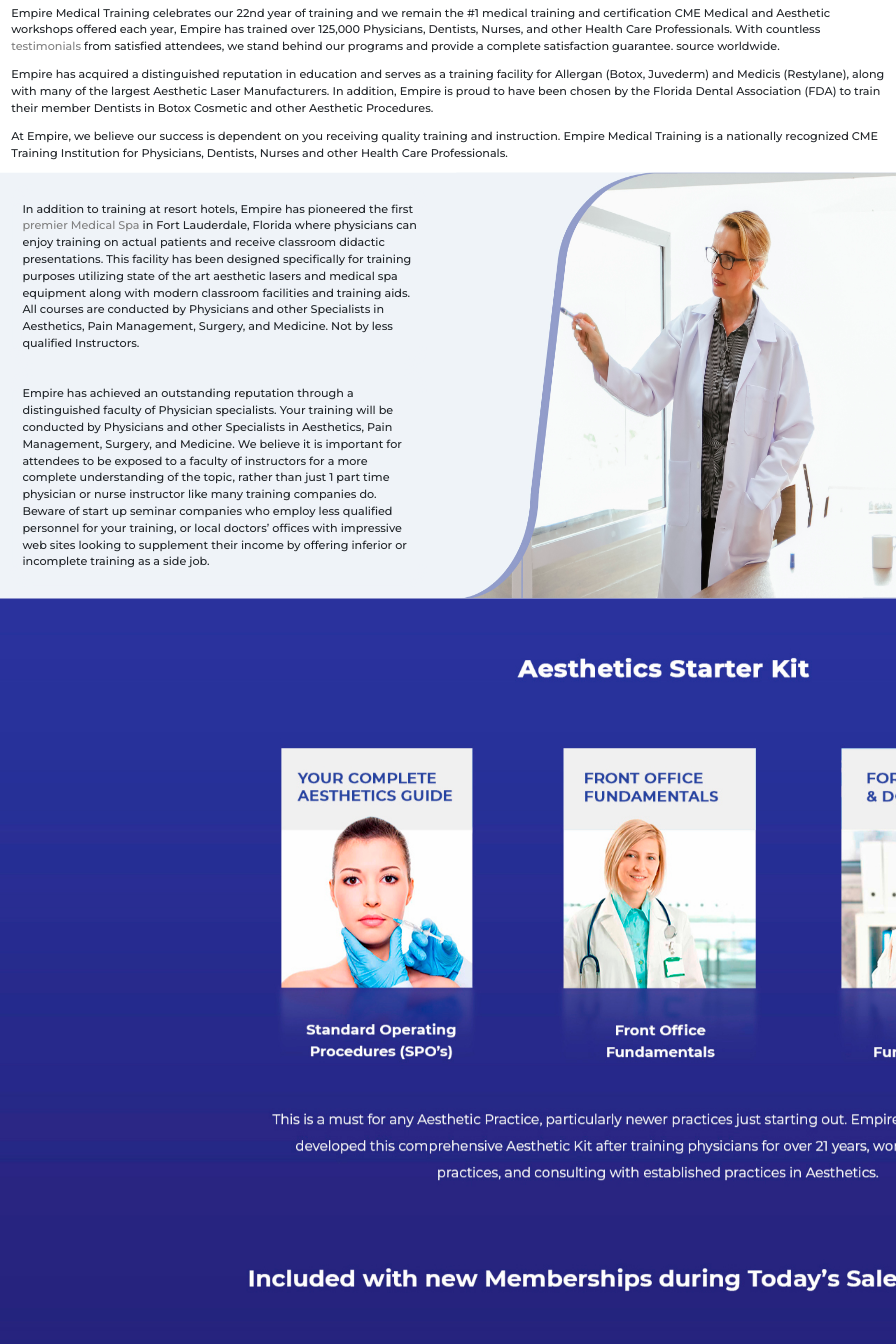
Repository: jorgi710/BODY-CONTOURING-INJECTABLES-AND-ADJUNCT-PROCEDURES
Page: our quarantee/file/public/index.html
The author's editor kept a copy of each file at every save. The page is drawn from the files as they stood at one save, then again after the next save.
The browser window is 1280 px wide. The pictures show the part of the page from y = 2314 to 4234 px (the page is 6056 px tall before and 6080 px after), at 70% of full size.

Above is the page before, as saved 2021-04-06 23:36:29.

### our quarantee/file/public/index.html
<!DOCTYPE html>
<html lang="en">
  <head>
    <meta charset="UTF-8" />
    <meta http-equiv="X-UA-Compatible" content="IE=edge" />
    <meta name="viewport" content="width=device-width, initial-scale=1.0" />
    <title>Page_3</title>

    <link
      href="https://cdn.jsdelivr.net/npm/bootstrap@5.0.0-beta3/dist/css/bootstrap.min.css"
      rel="stylesheet"
      integrity="sha384-eOJMYsd53ii+scO/bJGFsiCZc+5NDVN2yr8+0RDqr0Ql0h+rP48ckxlpbzKgwra6"
      crossorigin="anonymous"
    />
    <link
      href="https://fonts.googleapis.com/css2?family=Montserrat:wght@400;500;600;700&display=swap"
      rel="stylesheet"
    />
    <link rel="stylesheet" href="css/style.css" />
  </head>
  <body>
    <header>
      <div class="container-fluid m-0 p-0">
        <img src="img/header.jpg" alt="navbar" class="img-fluid m-0 p-0" />
      </div>
    </header>
    <main>
      <section class="section_1">
        <div class="container-fluid">
          <div class="fila-1">
            <div class="row">
              <div class="col-sm-12 col-md-6 text-start">
                <div class="content_section_1">
                  <h1 class="bold mb-3 mt-3">The Empire Medical Training</h1>
                  <img src="img/logo_main.jpg" alt="logo" class="logo" />
                  <p class="medium">
                    Empire is the only teaching institution that offers this
                    extraordinary guarantee: After you have completed your
                    training, if you feel you are not comfortable performing the
                    new procedure or if you believe you need additional
                    training, Empire will provide you with a 1-Day Preceptorship
                    (individual training) at one of our Centers of Excellence.
                  </p>
                  <p class="medium">
                    You will work one on one with one of our teaching faculty in
                    their office perfecting the techniques you just learned and
                    reviewing our many medical “Pearls,” priceless tips we have
                    learned through extensive experience and are now passing
                    onto you!
                  </p>
                </div>
              </div>
              <div class="col-md-6 justify-content-end p-0">
                <img
                  src="img/section_1_1_web.jpg"
                  alt=""
                  class="d-none d-md-block img-fluid"
                />
                <img
                  src="img/section_1_1_mobil.jpg"
                  alt=""
                  class="d-md-none img-fluid mobil"
                />
              </div>
            </div>
          </div>

          <div class="fila-2">
            <div class="row">
              <div class="col-sm-12 col-md-6 p-0 mt-3">
                <img
                  src="img/section_1_2_web.jpg"
                  alt="Our difference"
                  class="d-none d-md-block"
                />
                <img
                  src="img/section_1_2_mobil.jpg"
                  alt=""
                  class="d-md-none mobil"
                />
              </div>
              <div class="col-md-6 text-start">
                <h1 class="bold azul mt-4">Our Difference</h1>
                <p class="medium">
                  • Our full time faculty of physicians are available to answer
                  your questions even before you have decided on training- see
                  for yourself, call today and speak with a physician about
                  offering
                  <span class="claro">aesthetics in your practice</span>, or
                  whatever other concerns you may have!
                </p>
                <p class="medium">
                  • Empire Medical Training is the only training institution
                  that offers over 35 different medical and aesthetic
                  <span class="claro">training programs</span>. Since our
                  organization is a full time, dedicated teaching institution,
                  we have the resources and faculty to provide the quality
                  training we have been providing for the past 15 years.
                </p>
                <p class="medium">
                  • Empire provides discounted tuition on
                  <span class="claro">membership plans</span>
                  allowing you to attend all our programs at one low price, over
                  a 2 year period. We also provide a price guarantee that
                  ensures you are registering for a seminar at the lowest price
                  available. At all Empire work- shops, all supplies and
                  medicines are included with your tuition. That includes
                  <span class="claro">Botox Cosmetic</span> and
                  <span class="claro">Dermal Fillers</span> needed for the hands
                  on portion of the training.
                </p>
                <p class="medium">
                  • Learning to perform a procedure may be simple, but becoming
                  successful in your practice requires additional steps. With
                  every program you receive an exhaustive supply of patient
                  forms, consent forms, marketing templates, a comprehensive
                  <span class="claro">Vendor and Resource guide</span> with
                  useful information and necessary tools for your practice.
                </p>
                <p class="medium">
                  • Empire Medical Training and staff are committed to helping
                  you succeed in your practice nad this goes beyond just
                  providing you with the medical protocols to perform a simple
                  procedure. We are not a weekend operation and are available
                  even after our programs have ended. We also provide our
                  students with
                  <span class="claro"> Board Certification</span> from the AAOPM
                  for succesful coursework completion.
                </p>
              </div>
            </div>
          </div>
        </div>
      </section>
      <section class="section_2">
        <div class="panel">
          <img
            src="img/section_2.jpg"
            alt="Meet Our Trusted Faculty"
            class="img-fluid m-0 p-0 d-none d-md-block"
          />
          <img
            src="img/section_2_mobile.jpg"
            alt="Meet Our Trusted Faculty"
            class="img-fluid m-0 p-0 d-md-none mobil"
          />

          <div class="content d-none d-md-block ">
            <h1 class="bold">Meet Our Trusted Faculty</h1>
            <p class="regular">
              Empire Medical Training celebrates
              <span class="bold">15 years</span> of success in training <br />
              <span class="bold">physicians</span> and health care
              <span class="bold">professionals</span>. <br />
              We believe our success is due, in part, to the extra things our
              <br />
              <span class="bold">organization</span> and
              <span class="bold">faculty</span> provide for you.
            </p>
            <button class="btn">
              <h3 class="bold">Meet Faculty</h3>
            </button>
          </div>
        </div>
        <div class="content_mobil d-md-none mobil">
            <h1 class="bold">Meet Our Trusted Faculty</h1>
            <p class="regular">
              Empire Medical Training celebrates
              <span class="bold">15 years</span> of success in training <br />
              <span class="bold">physicians</span> and health care
              <span class="bold">professionals</span>. <br />
              We believe our success is due, in part, to the extra things our
              <br />
              <span class="bold">organization</span> and
              <span class="bold">faculty</span> provide for you.
            </p>
            <button class="btn m-2">
              <h3 class="bold">Meet Faculty</h3>
            </button>
          </div>
        </div>

      </section>
      <section class="section_3 ">
        <div>
          <h1 class="negro bold">
            <span class="azul">Background &</span> Achievements
          </h1>
          <p class="medium ">
            Now a little about Empire Medical Training’s background and
            achievements: Why Empire is committed to excellence:
          </p>
          <p class="medium ">
            Empire Medical Training celebrates our 22nd year of training and we
            remain the #1 medical training and certification CME Medical and
            Aesthetic workshops offered each year, Empire has trained over
            125,000 Physicians, Dentists, Nurses, and other Health Care
            Professionals. With countless
            <span class="claro">testimonials</span> from satisfied attendees, we
            stand behind our programs and provide a complete satisfaction
            guarantee. source worldwide.
          </p>
          <p class="medium ">
            Empire has acquired a distinguished reputation in education and
            serves as a training facility for Allergan (Botox, Juvederm) and
            Medicis (Restylane), along with many of the largest Aesthetic Laser
            Manufacturers. In addition, Empire is proud to have been chosen by
            the Florida Dental Association (FDA) to train their member Dentists
            in Botox Cosmetic and other Aesthetic Procedures.
          </p>
          <p class="medium ">
            At Empire, we believe our success is dependent on you receiving
            quality training and instruction. Empire Medical Training is a
            nationally recognized CME Training Institution for Physicians,
            Dentists, Nurses and other Health Care Professionals.
          </p>
        </div>
        <div class="row">
          <div class="col-sm-12 col-md-6">
            <p class="medium">
              In addition to training at resort hotels, Empire has pioneered the
              first <span class="claro">premier Medical Spa</span> in Fort
              Lauderdale, Florida where physicians can enjoy training on actual
              patients and receive classroom didactic presentations. This
              facility has been designed specifically for training purposes
              utilizing state of the art aesthetic lasers and medical spa
              equipment along with modern classroom facilities and training
              aids. All courses are conducted by Physicians and other
              Specialists in Aesthetics, Pain Management, Surgery, and Medicine.
              Not by less qualified Instructors.
            </p>
            <p class="medium">
              Empire has achieved an outstanding reputation through a
              distinguished faculty of Physician specialists. Your training will
              be conducted by Physicians and other Specialists in Aesthetics,
              Pain Management, Surgery, and Medicine. We believe it is important
              for attendees to be exposed to a faculty of instructors for a more
              complete understanding of the topic, rather than just 1 part time
              physician or nurse instructor like many training companies do.
              Beware of start up seminar companies who employ less qualified
              personnel for your training, or local doctors’ offices with
              impressive web sites looking to supplement their income by
              offering inferior or incomplete training as a side job.
            </p>
          </div>
          <div class="col-sm-12 col-md-6">
            <img
              src="img/section_3_web.jpg"
              alt="background achievements"
              class="d-none d-md-block img-fluid"
            />
            <img
              src="img/section_3_mobil.jpg"
              alt="background achievements"
              class="d-md-none"
            />
          </div>
        </div>
      </section>
      <section class="section_4">
        <img src="img/section_4.jpg" alt="aesthetics starter kit" />
      </section>
      <section class="section_5">
        <div class="row">
          <div class="col-sm-12 col-md-6">
            <img
              src="img/section_5_web.jpg"
              alt="empire"
              class="d-none d-md-block"
            />
            <img
              src="img/section_5_mobile.jpg"
              alt="empire"
              class="d-md-none"
            />
          </div>
          <div class="col-md-6">
            <h1 class="bold">
              The Programs at Empire are Actually
              <span class="azul">Hands On</span>
            </h1>
            <p class="medium">
              Many seminar companies claim you will receive hands on training
              but they can not, or, are not qualified to provide this
              experience. During our Aesthetic Programs, Empire attendees will
              inject live patients with real, authentic products – not saline)
              and perform other procedures depending on the topic. During other
              esthetic training and our medical procedures’ training, attendees
              will work on
              <span class="claro">Cadavers from the Medical School</span>
              University lab along with volunteer patients and models.
            </p>
            <p class="medium">
              Empire works with a variety of the largest medical equipment
              manufacturers to help provide the training which requires
              equipment usage, i.e. Aesthetic Lasers and Supplies, Ultrasound, X
              Ray, etc. This variety is essential for attendees to gain a
              complete understanding of the technologies available rather than
              just a limited exposure. You will never see only 1 or 2 laser
              manufacturers at our programs. Beware of training institutions who
              have arrangements with only 1 or 2 vendors.
            </p>
          </div>
        </div>
        <p class="medium">
          Deciding on where you receive you training is an important decision
          and should be made carefully. Make sure your instructors are Physician
          Specialists in their field, i.e. Plastic Surgery and are part of a
          faculty of the institution. Simply reading some instructions is not
          enough, quality instruction means going beyond the technical details
          and into the <span class="claro">“pearls”</span> that make your
          patients happy and give you the reputation you want. Beware of less
          qualified personnel. Be sure the training institution is dedicated to
          training and not a part time doctors office/ seminar company. Make
          sure the programs are fully accredited by a medical academy and not
          “co sponsored” by another institution. Most importantly, beware of
          unrealistic promises and look for training that can and will provide
          Hands- On experience. There is no other effective way to learn
          procedural skills. Empire Medical Training is dedicated to your
          success and we encourage you to ask questions with whomever you decide
          to be trained by.
        </p>
      </section>
    </main>
    <footer>
      <img src="img/footer.jpg" alt="footer" class="img-fluid" />
    </footer>
  </body>
</html>

### our quarantee/file/public/css/style.css
@import url("https://fonts.googleapis.com/css2?family=Montserrat:wght@400;500;600;500&display=swap");
* {
  box-sizing: border-box;
  font-family: var(--fuente);
}
header,
section {
  overflow-x: hidden;
}
:root {
  --fuente: "Montserrat", cursive;
  --azul: #31469d;
  --clarito: #808080;
  --negro: #000000;
  --regular: 400;
  --medium: 500;
  --semi_bold: 600;
  --bold: 500;
}
.regular {
  font-weight: 400;
}
.medium {
  font-weight: 500;
}
.semi {
  font-weight: 600;
}
.bold {
  font-weight: 700;
}
.azul {
  color: #31469d;
}
.claro {
  color: #808080;
}
.negro {
  color: #000000;
}
header .img {
  width: 100%;
}
/* .section_1 .fila-1 .row .col-md-6 .content_section_1 {
  padding: 4vmin 1vmin;
  padding-bottom: 2vmin;
  padding-left: 12vmin;
} */

/* section_1 */

/* web */
.section_1 .fila-1 .row .col-md-6 .content_section_1 {
  padding: 4vmin 1vmin;
  padding-bottom: 2vmin;
  padding-left: 12vmin;
}
.section_1 .fila-1 .row .col-md-6 img {
  width: 100%;
  height: 100%;
  object-fit: cover;
}
.section_1 .fila-1 .row .col-md-6 h1 {
  font-size: 1.8rem;
}
.section_1 .fila-1 .row .col-md-6 .logo {
  width: 70%;
  padding-left: 10vmin;
}
/* Tablet */
@media screen and (min-width: 780px) and (max-width: 1200px) {
  .section_1 .fila-1 .row .col-md-6 .content_section_1 {
    padding: 4vmin 1vmin;
    padding-bottom: 2vmin;
    padding-left: 12vmin;
  }
  .section_1 .fila-1 .row .col-md-6 h1 {
    font-size: 1.5rem;
  }
  .section_1 .fila-1 .row .col-md-6 img {
    object-fit: cover;
    z-index: 1;
  }
  .section_1 .fila-1 .row .col-md-6 .logo {
    width: 70%;
    padding-left: 10vmin;
  }
}
/* Mobile */
@media screen and (min-width: 0) and (max-width: 760px) {
  .section_1 .fila-1 .row .col-md-6 .content_section_1 {
    padding: 0;
    box-shadow: 1px 2px 9px 6px #aaa;
  }
  .section_1 .fila-1 .row .col-md-6 h1 {
    font-size: 1.8rem;
    text-align: center;
  }
  .section_1 .fila-1 .row .col-md-6 .mobil {
    box-shadow: -2px 1px 13px 6px #aaa;
  }
  .section_1 .fila-1 .row .col-md-6 .logo {
    width: 76%;
    padding-left: 22vmin;
  }
  .section_1 .fila-1 .row .col-md-6 p {
    font-size: 1rem;
    text-align: justify;
    padding: 4px 5px;
  }
}
/* section_1_Part_2 */

/* web */
.section_1 .fila-2 .row .col-md-6 img {
  width: 100%;
  height: 100%;
  object-fit: none;
}
.section_1 .fila-1 .row .col-md-6 h1 {
  font-size: 1.8rem;
}
/* Tablet */
@media screen and (min-width: 780px) and (max-width: 1200px) {
  .section_1 .fila-2 .row .col-md-6 h1 {
    font-size: 1.5rem;
  }
  .section_1 .fila-2 .row .col-md-6 img {
    object-fit: cover;
    box-shadow: -2px 1px 13px 6px #31469d;
    border-radius: 1rem;
  }
}
/* Mobile */
@media screen and (min-width: 0) and (max-width: 760px) {
  .section_1 .fila-1 .row .col-md-6 .content_section_1 {
    padding: 0;
    box-shadow: 1px 2px 9px 6px #aaa;
  }
  .section_1 .fila-2 .row .col-md-6 h1 {
    font-size: 2rem;
    text-align: center;
  }
  .section_1 .fila-2 .row .col-md-6 .mobil {
    box-shadow: -2px 1px 13px 6px #bac6f8;
    object-fit: cover;
  }
  .section_1 .fila-2 .row .col-md-6 p {
    font-size: 1rem;
    text-align: justify;
    padding: 4px 5px;
    box-shadow: -2px 1px 13px 6px #ccd6fc;
    border-radius: 0.5rem;
  }
}
/* section_2 */
/* web */
.section_2 .panel {
  position: relative;
}
.section_2 .content h1 {
  font-size: 1.5rem;
}
.section_2 .content p {
  font-size: 0.8rem;
}
.section_2 .content h3 {
  font-size: 1rem;
}
.section_2 .content {
  position: absolute;
  color: white;
  top: 38px;
  right: 593px;
}
.section_2 .content button {
  background-color: white;
  border-radius: 1.5rem;
  box-shadow: -4px 3px 13px 0px blue;
  color: #31469d;
  font-weight: 700;
}
/* Tablet */
@media screen and (min-width: 780px) and (max-width: 1200px) {
  .section_2 .panel {
    position: relative;
  }
  .section_2 .content h1 {
    font-size: 1.5rem;
  }
  .section_2 .content p {
    font-size: 0.5rem;
  }
  .section_2 .content h3 {
    font-size: 1rem;
  }
  .section_2 .content {
    position: absolute;
    color: white;
    top: 34px;
  }
  .section_2 .content button {
    background-color: white;
    border-radius: 1.5rem;
    box-shadow: -4px 3px 13px 0px blue;
    color: #31469d;
    font-weight: 700;
  }
}
/* Mobile */
@media screen and (min-width: 0) and (max-width: 760px) {
  .section_2 .content_mobil {
    background-color: #31469d;
    color: white;
    text-align: center;
  }
  .section_2 .content_mobil button {
    background-color: white;
    border-radius: 1.5rem;
    box-shadow: -4px 3px 13px 0px blue;
    color: #31469d;
    font-weight: 700;
  }
  .section_2 .content_mobil p {
    font-size: 0.5rem;
  }
  .section_2 .content_mobil h3 {
    font-size: 1rem;
  }
  .section_2 .content_mobil h1 {
    font-size: 1rem;
  }
}
/* section_3_Part_1*/

/* web */
.section_3 h1 {
  font-size: 3rem;
  text-align: center;
  margin: 2rem 0;
  padding: 0.5rem 0;
  box-shadow: -2px 1px 13px 6px #ccd6fc;
  border-radius: 0.5rem;
}
.section_3 p {
  font-size: 1rem;
  padding: 0 1rem;
}
/* Mobile */
@media screen and (min-width: 0) and (max-width: 760px) {
  .section_3 h1 {
    font-size: 1.4rem;
    text-align: center;
    margin: 2rem 0;
    padding: 0.5rem 0;
    box-shadow: -2px 1px 13px 6px #ccd6fc;
    border-radius: 0.5rem;
  }
  .section_3 p {
    font-size: 1rem;
    padding: 0 1rem;
    text-align: justify;
  }
}
/* section_3_Part_2*/
.section_3 .row .col-md-6 {
  background-color: #eff3f8;
}
.section_3 .row .col-md-6 p {
  font-size: 1rem;
  text-align: start;
  margin: 2rem 2rem;
  padding: 0.5rem 0;
  box-shadow: -2px 1px 13px 6px #eff3f8;
  border-radius: 0.5rem;
}
.section_3 .row .col-md-6 img {
  width: 100%;
  height: 100%;
}
.section_3 p {
  font-size: 1rem;
  padding: 0 1rem;
}

After the next save:
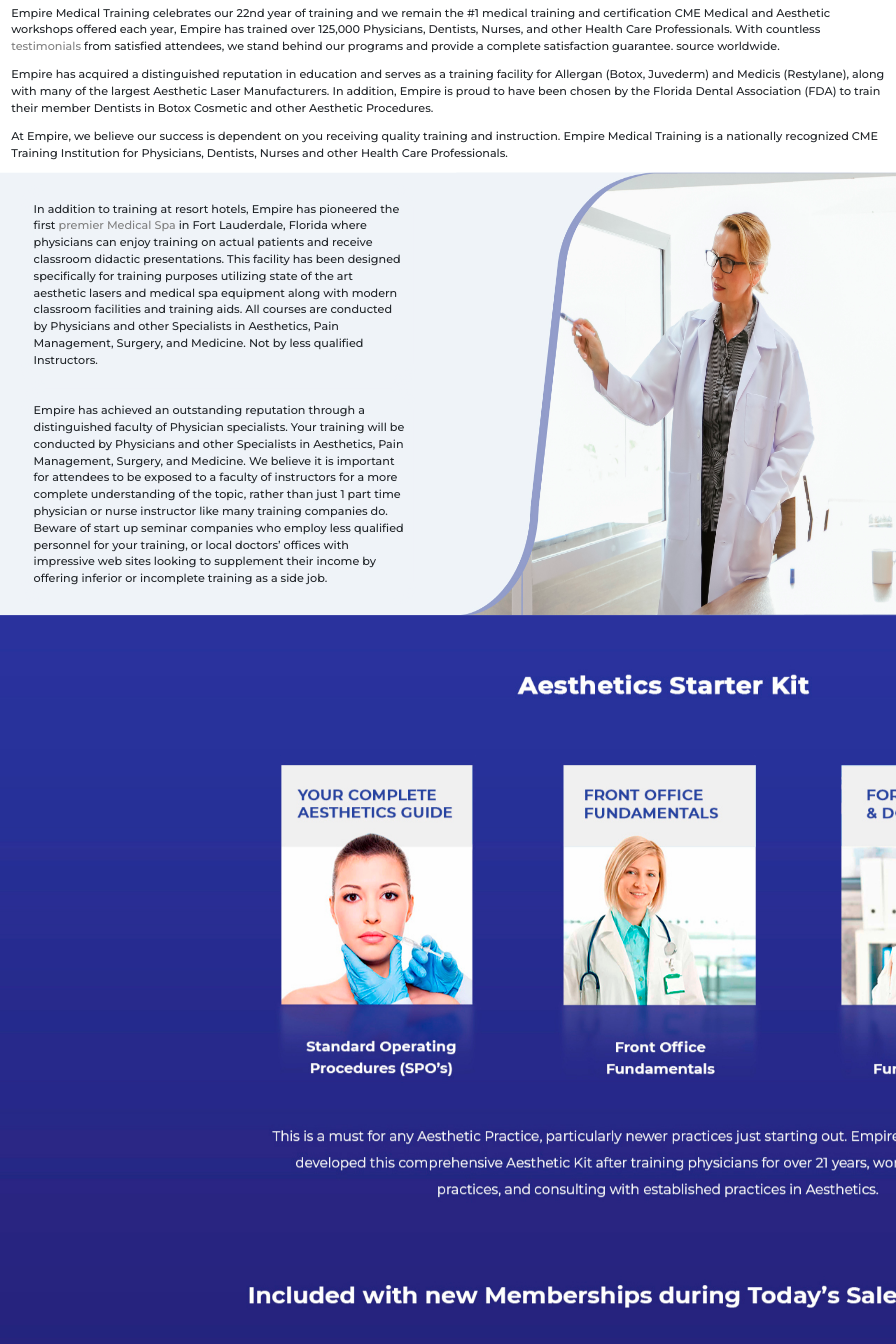
Saved 17 s later.
--- a/our quarantee/file/public/css/style.css
+++ b/our quarantee/file/public/css/style.css
@@ -269,7 +269,7 @@
 .section_3 .row .col-md-6 p {
   font-size: 1rem;
   text-align: start;
-  margin: 2rem 2rem;
+  margin: 2rem 3rem;
   padding: 0.5rem 0;
   box-shadow: -2px 1px 13px 6px #eff3f8;
   border-radius: 0.5rem;
